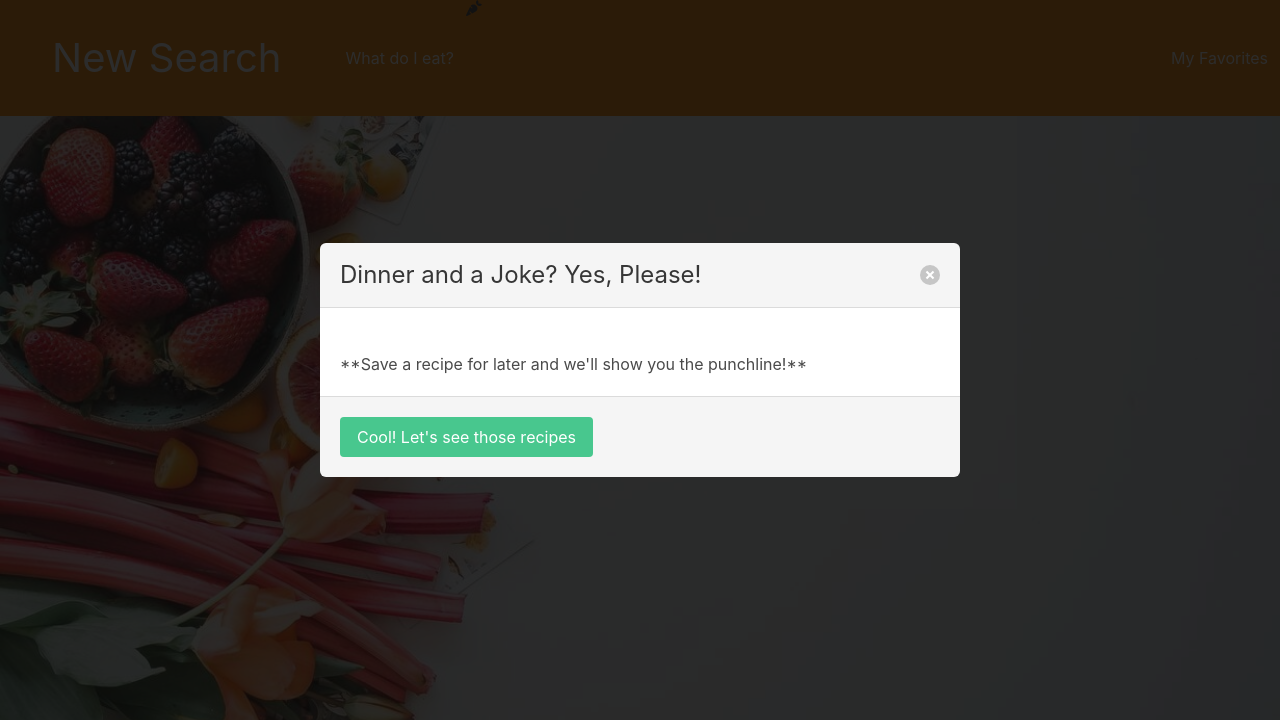
Repository: puakehaulani/the-hungry-app-proj1
Page: results.html
The author's editor kept a copy of each file at every save. The page is drawn from the files as they stood at one save, then again after the next save.
The browser window is 1280 px wide. The pictures show the whole page.
The page's requests for data from a server got no answer. Some web libraries are served in a nearby version.

Above is the page before, as saved 2020-10-16 21:28:38.

After the next save:
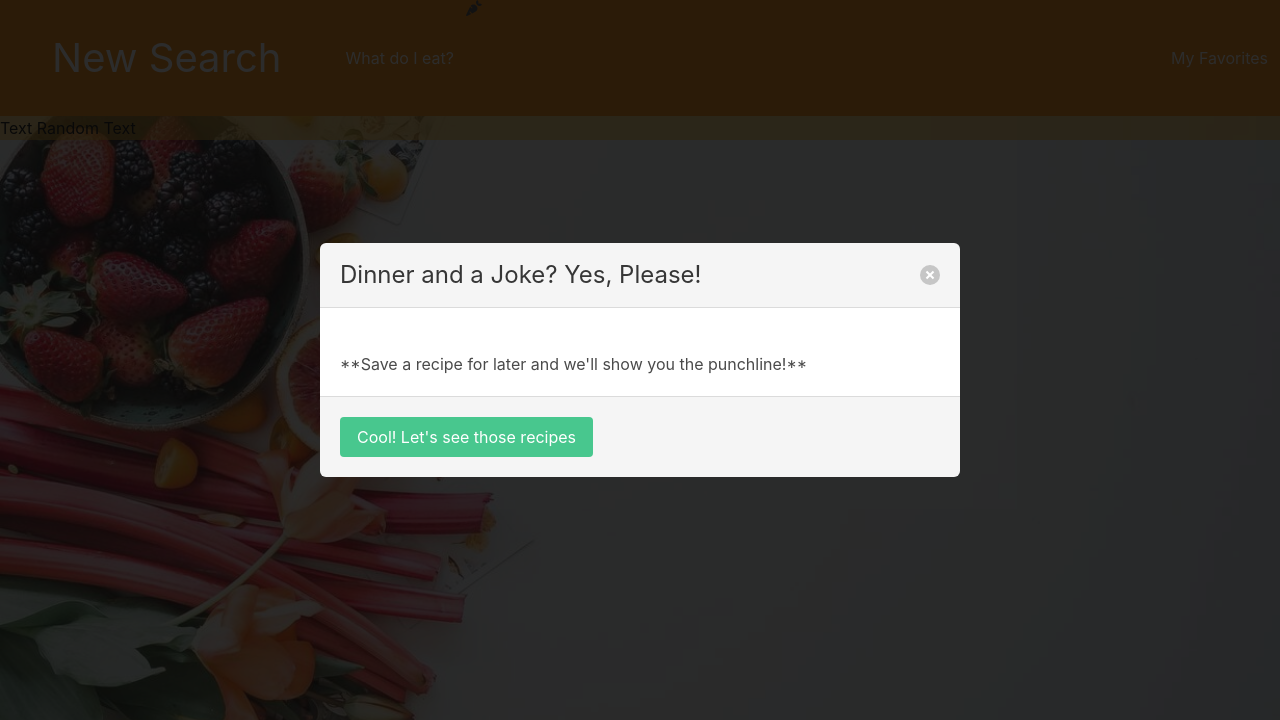
Saved 16 s later.
--- a/results.html
+++ b/results.html
@@ -38,6 +38,9 @@
         </div>
     </nav>
     <ul id="display">
+        Text
+        Random
+        Text
     </ul>
 
     <!-- bulma fontawesome -->
